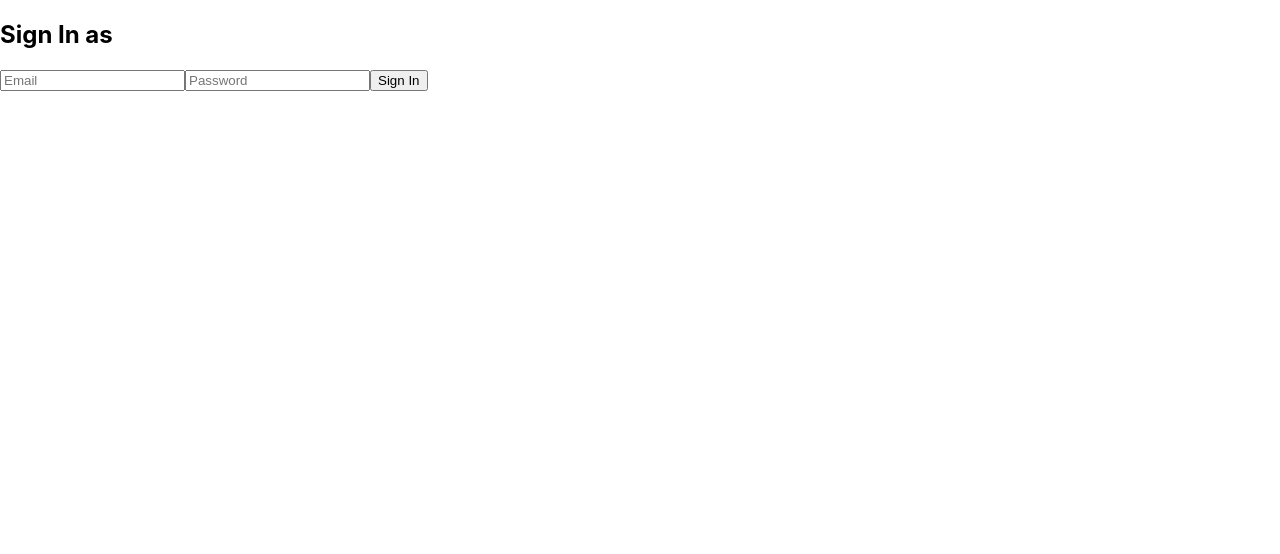
Repository: lasity34/waiter-scheduling-app
Page: /signin (app in waiter-app-frontend/)
The author's editor kept a copy of each file at every save. The page is drawn from the files as they stood at one save, then again after the next save.
The browser window is 1280 px wide. The pictures show the whole page.
The project was rebuilt for these pictures with package versions that can differ from the ones it lists, and the page was loaded fresh each time. Also part of the build but not shown: waiter-app-frontend/src/components/Home.tsx, waiter-app-frontend/src/components/WaiterDashboard.tsx, waiter-app-frontend/src/components/ManagerDashboard.tsx.

Above is the page before, as saved 2024-09-10 15:01:12.

After the next save:
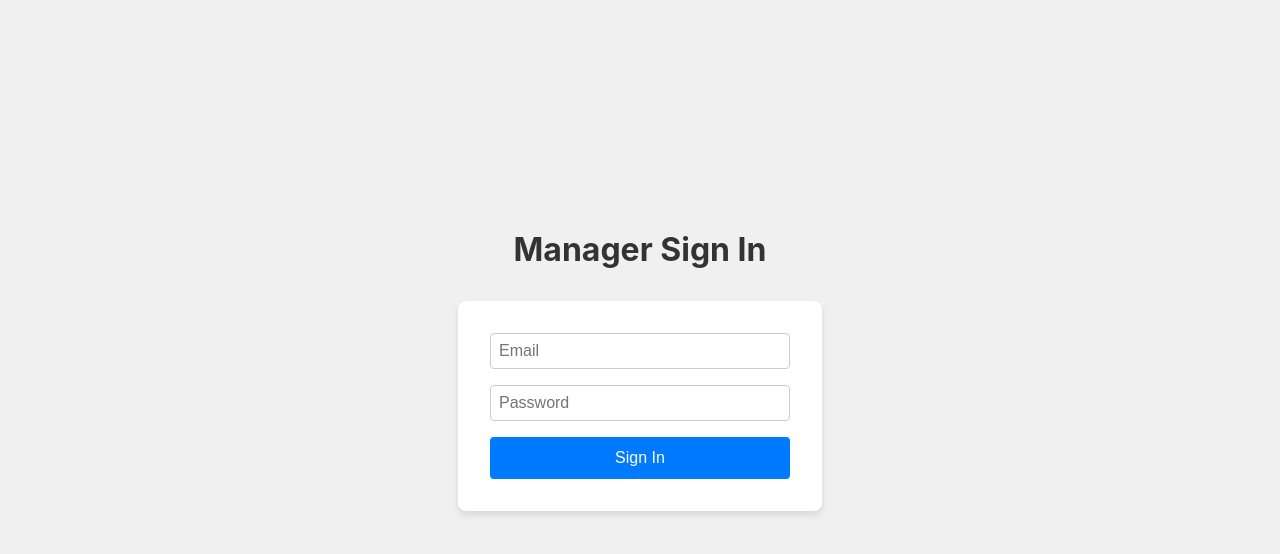
Saved 43 s later.
--- a/waiter-app-frontend/src/components/Signin.tsx
+++ b/waiter-app-frontend/src/components/Signin.tsx
@@ -1,5 +1,54 @@
 import React, { useState } from 'react';
 import { useLocation, useNavigate } from 'react-router-dom';
+import styled from 'styled-components';
+
+const SignInContainer = styled.div`
+  display: flex;
+  flex-direction: column;
+  align-items: center;
+  justify-content: center;
+  height: 100vh;
+  background-color: #f0f0f0;
+`;
+
+const Header = styled.h1`
+  font-size: 2rem;
+  color: #333;
+  margin-bottom: 2rem;
+`;
+
+const StyledForm = styled.form`
+  display: flex;
+  flex-direction: column;
+  width: 300px;
+  background-color: white;
+  padding: 2rem;
+  border-radius: 8px;
+  box-shadow: 0 4px 6px rgba(0, 0, 0, 0.1);
+`;
+
+const StyledInput = styled.input`
+  margin-bottom: 1rem;
+  padding: 0.5rem;
+  font-size: 1rem;
+  border: 1px solid #ccc;
+  border-radius: 4px;
+`;
+
+const StyledButton = styled.button`
+  padding: 0.75rem;
+  font-size: 1rem;
+  color: white;
+  background-color: #007bff;
+  border: none;
+  border-radius: 4px;
+  cursor: pointer;
+  transition: background-color 0.3s ease;
+
+  &:hover {
+    background-color: #0056b3;
+  }
+`;
 
 const SignIn: React.FC = () => {
   const [email, setEmail] = useState<string>('');
@@ -17,26 +66,26 @@ const SignIn: React.FC = () => {
   };
 
   return (
-    <div className="sign-in">
-      <h2>Sign In as {role}</h2>
-      <form onSubmit={handleSubmit}>
-        <input
+    <SignInContainer>
+      <Header>{role === 'waiter' ? 'Waiter' : 'Manager'} Sign In</Header>
+      <StyledForm onSubmit={handleSubmit}>
+        <StyledInput
           type="email"
           placeholder="Email"
           value={email}
           onChange={(e) => setEmail(e.target.value)}
           required
         />
-        <input
+        <StyledInput
           type="password"
           placeholder="Password"
           value={password}
           onChange={(e) => setPassword(e.target.value)}
           required
         />
-        <button type="submit">Sign In</button>
-      </form>
-    </div>
+        <StyledButton type="submit">Sign In</StyledButton>
+      </StyledForm>
+    </SignInContainer>
   );
 }
 
